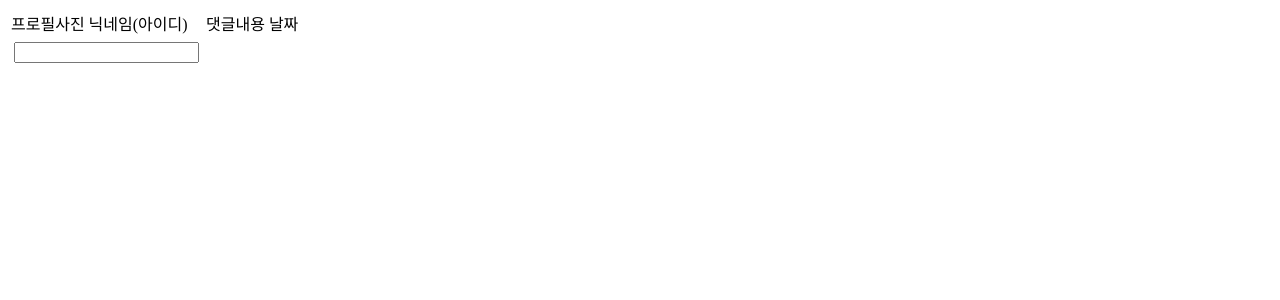
Repository: GOHO97/Web_JSP_Lecture
Page: http://localhost/jul29_1_firstWebProject/jsp/nftGallery/comment.jsp
These files come from the project's save history. The page is drawn as it stood at one moment and after the next save; the edit follows.
The browser window is 1280 px wide. The pictures show the whole page.
The page is served by Tomcat 9.

Above is the page before, as saved 2022-08-04 01:02:30.

After the next save:
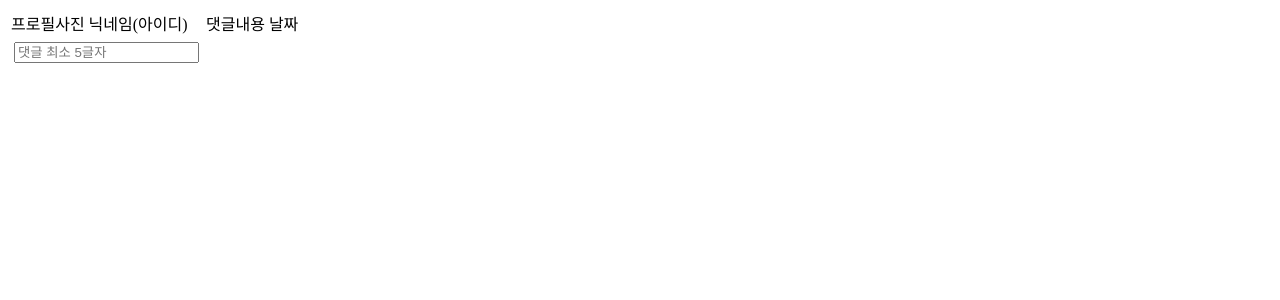
Saved 51 s later.
--- a/jul29_1_firstWebProject/src/main/webapp/jsp/nftGallery/comment.jsp
+++ b/jul29_1_firstWebProject/src/main/webapp/jsp/nftGallery/comment.jsp
@@ -25,7 +25,7 @@
 				<table>
 					<tr>
 						<td>
-							<input name="comment" maxlength="100">
+							<input name="comment" maxlength="100" placeholder="댓글 최소 5글자" autocomplete="autocomplete">
 						</td>
 					</tr>
 				</table>
